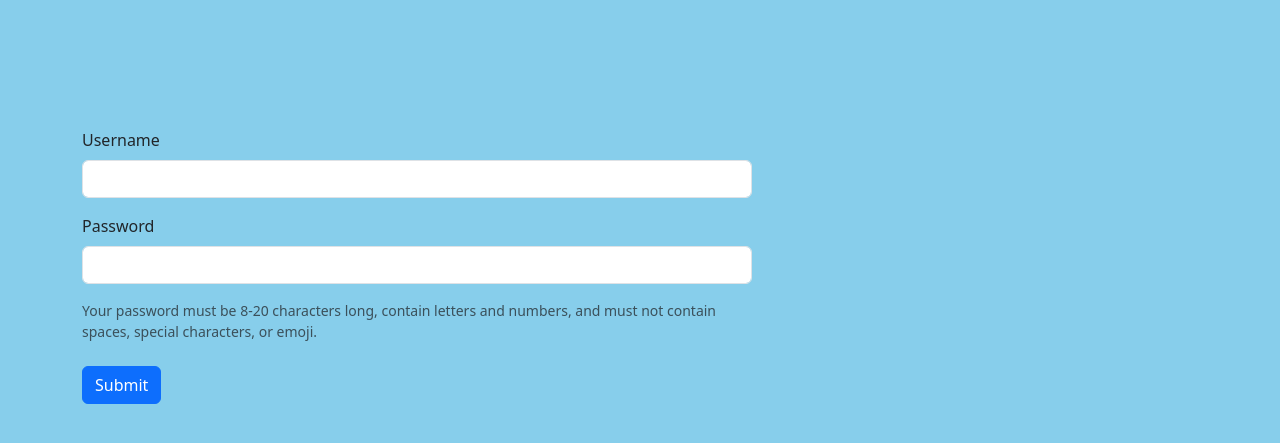
Repository: sarathraj2002/todo-list
Page: login.html
The author's editor kept a copy of each file at every save. The page is drawn from the files as they stood at one save, then again after a run of saves.
The browser window is 1280 px wide. The pictures show the whole page.

Above is the page before, as saved 2024-09-05 11:05:51.

After the next 3 saves:
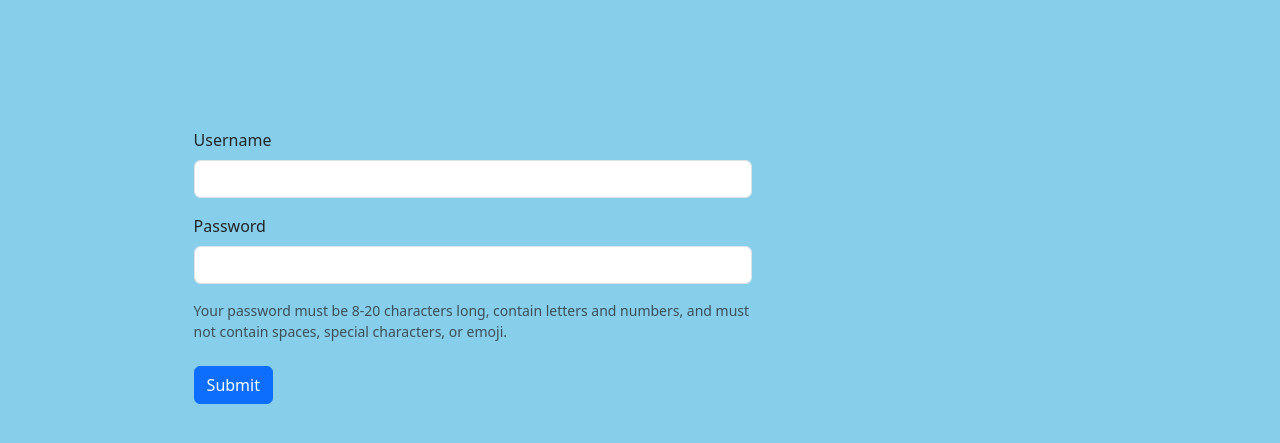
The 3 saves are shown as one change because they came seconds apart.
The last was saved 11 s later.
--- a/style.css
+++ b/style.css
@@ -11,5 +11,5 @@
     height: 100%;
     width: 60%;
     border-color:black;
-    pa
+    padding-left: 10%;
 }

After the save that followed:
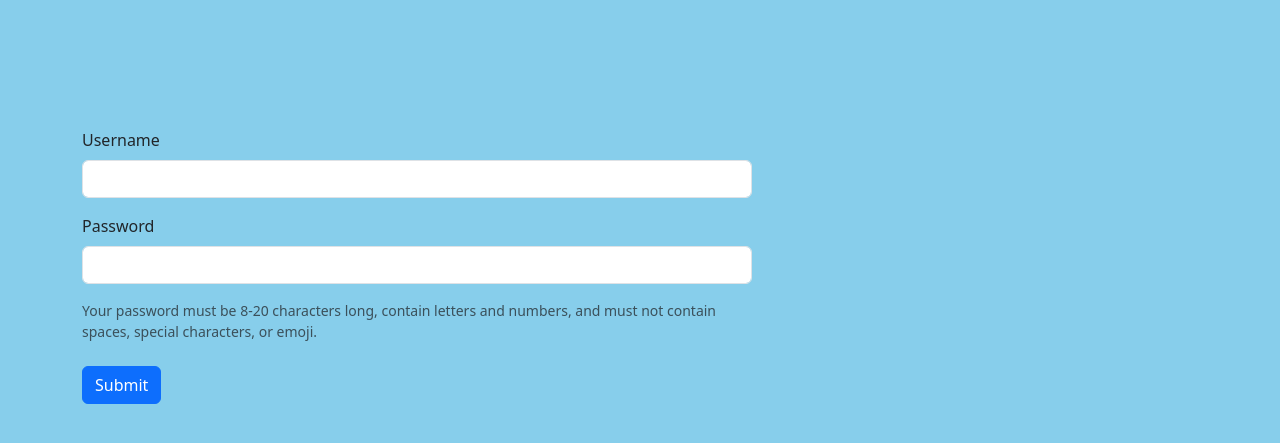
Saved 8 s later.
--- a/style.css
+++ b/style.css
@@ -11,5 +11,5 @@
     height: 100%;
     width: 60%;
     border-color:black;
-    padding-left: 10%;
+    padding-left: 20;
 }
